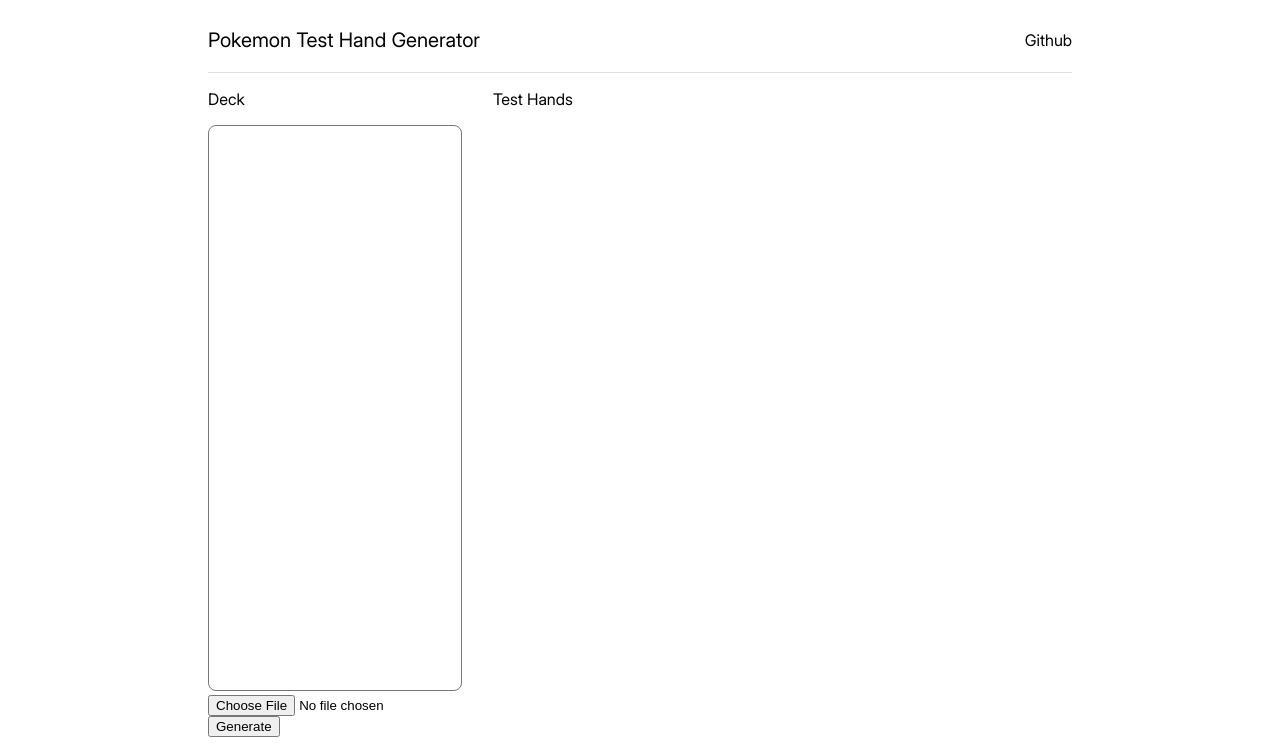
Repository: danielj1415/test-hand-simulator
Page: /
The author's editor kept a copy of each file at every save. The page is drawn from the files as they stood at one save, then again after the next save.
The browser window is 1280 px wide. The pictures show the whole page.
The project was rebuilt for these pictures with package versions that can differ from the ones it lists, and the page was loaded fresh each time. Also part of the build but not shown: vite.config.ts, src/index.css.

Above is the page before, as saved 2024-10-31 22:18:40.

### src/App.tsx
import { useState, useEffect } from 'react';
import './App.css';

function App() {
  const [deckList, setDeckList] = useState({
    deck: ''
  });
  const [selectedFile, setSelectedFile] = useState<File | null>(null);
  const [sampleHands, setSampleHands] = useState<string[][]>([]); // Holds multiple test hands
  const [showScrollTop, setShowScrollTop] = useState(false); // Controls the visibility of the scroll-to-top button

  const handleChange = (e: React.ChangeEvent<HTMLTextAreaElement>) => {
    const { name, value } = e.target;
    setDeckList((prevData) => ({
      ...prevData,
      [name]: value
    }));
  };

  const handleFileChange = (e: React.ChangeEvent<HTMLInputElement>) => {
    const file = e.target.files ? e.target.files[0] : null;
    setSelectedFile(file);

    if (file) {
      const reader = new FileReader();
      reader.onload = (event) => {
        const fileContent = event.target?.result as string;
        setDeckList((prevData) => ({
          ...prevData,
          deck: fileContent
        }));
      };
      reader.readAsText(file);
    }
  };

  const parseDeck = () => {
    return deckList.deck
      .split('\n')
      .filter(line => line.trim() !== '' && !/^(Pokémon:|Trainer:|Energy:|Total Cards:)/.test(line))
      .flatMap(line => {
        const match = line.match(/^(\d+)\s+(.+)$/);
        if (match) {
          const quantity = parseInt(match[1], 10);
          const cardName = match[2];
          return Array(quantity).fill(cardName);
        }
        return [line];
      });
  };

  const handleSubmit = (e: React.FormEvent) => {
    e.preventDefault();

    const cardArray = parseDeck();

    if (cardArray.length < 7) {
      alert("Deck must contain at least 7 cards to generate a hand.");
      return;
    }

    const shuffledDeck = cardArray.sort(() => 0.5 - Math.random());
    const hand = shuffledDeck.slice(0, 7);

    setSampleHands((prevHands) => [...prevHands, hand]);
  };

  // Show scroll-to-top button when user scrolls down
  useEffect(() => {
    const handleScroll = () => {
      setShowScrollTop(window.scrollY > 300); // Show button when scrolled 300px
    };

    window.addEventListener('scroll', handleScroll);
    return () => window.removeEventListener('scroll', handleScroll);
  }, []);

  // Function to scroll to top smoothly
  const scrollToTop = () => {
    window.scrollTo({
      top: 0,
      behavior: 'smooth'
    });
  };

  return (
    <div>
      <div className="mainContainer">
        <div className="navigationBar">
          <p className="headerTextBold">Pokemon Test Hand Generator</p>
          <p className="headerText">Github</p>
        </div>
        <div className="divider"/>
        <div className="mainBody">
          <div className="inputDeck">
            <p className="mainText">Deck</p>
            <form onSubmit={handleSubmit}>
              <div>
                <label htmlFor="deck"></label>
                <textarea
                  className="deckInputDiv"
                  id="deck"
                  name="deck"
                  value={deckList.deck}
                  onChange={handleChange}
                />
              </div>
              <div>
                <input
                  type="file"
                  onChange={handleFileChange}
                />
              </div>
              <button className="generateButton" type="submit">Generate</button>
            </form>
          </div>
          <div className="testHands">
          <p className="mainText">Test Hands</p>
            {sampleHands.map((hand, handIndex) => (
              <div key={handIndex} className="cardRow">
                {hand.map((card, index) => (
                  <div key={index} className="card">
                    {card}
                  </div>
                ))}
              </div>
            ))}
          </div>
        </div>
      </div>

      {/* Scroll-to-Top Button */}
      {showScrollTop && (
        <button className="scrollTopButton" onClick={scrollToTop}>
          ⬆️ {/* You can replace this with an SVG icon or another arrow style */}
        </button>
      )}
    </div>
  );
}

export default App;

### src/App.css

@import "./fonts.css";

.mainContainer{
  margin-left: 200px;
  margin-right: 200px;
}

.navigationBar{
  display: flex;
  align-items:center;
  justify-content: space-between;
}

.headerText{
  font-size: 16px;
  font-family: "Inter";
}

.mainText{
  font-size: 16px;
  font-family: "Inter";
}

.headerTextBold{
  font-size: 20px;
  font-family: "Inter";
}

.divider{
  width: 100%;
  height: 1px;
  background-color: rgb(224, 224, 224);
}

.mainBody{
  display: flex;
  justify-content: space-between;
}

.inputDeck{
  width: 33%;
  border-radius: 8px;
}

.testHands{
  width: 100%;
  border-radius: 8px;
  margin-left: 32px;
}

.deckInputDiv{
  width: 98%;
  height: 560px;
  resize: none;
  border-radius: 8px;
  font-family: "Inter";
}

.generateButton{

}

.cardRow {
  display: flex;
  gap: 16px; /* Adds space between each card */
  flex-wrap: wrap; /* Allows cards to wrap to the next line if needed */
  margin-bottom: 16px;
}

.card {
  background-color: #a9a9a9;
  border-radius: 8px;
  padding: 16px;
  width: 108px;
  text-align:start;
  box-shadow: 0 4px 6px rgba(0, 0, 0, 0.1);
  font-size: 16px;
  height: 184px;
  font-family: "Inter";
}

.scrollTopButton {
  position: fixed;
  bottom: 20px;
  right: 20px;
  background-color: #007bff;
  color: white;
  border: none;
  border-radius: 50%;
  padding: 12px;
  padding-left: 16px;
  padding-right: 16px;
  font-size: 24px;
  cursor: pointer;
  box-shadow: 0 4px 6px rgba(0, 0, 0, 0.1);
  transition: opacity 0.3s ease;
}

.scrollTopButton:hover {
  background-color: #0056b3;
}


@media ((max-height: 920px) and (min-height: 800px)) {
  .deckInputDiv{
    width: 98%;
    height: 660px;
    resize: none;
    border-radius: 8px;
    font-family: "Inter";
  }
}

### src/fonts.css
@font-face {
    font-family: "Inter";
    src: url("/src/assets/fonts/Inter_28pt-Regular.ttf");
  }

Loaded but not shown: index.html (common file); src/main.tsx (common file)

After the next save:
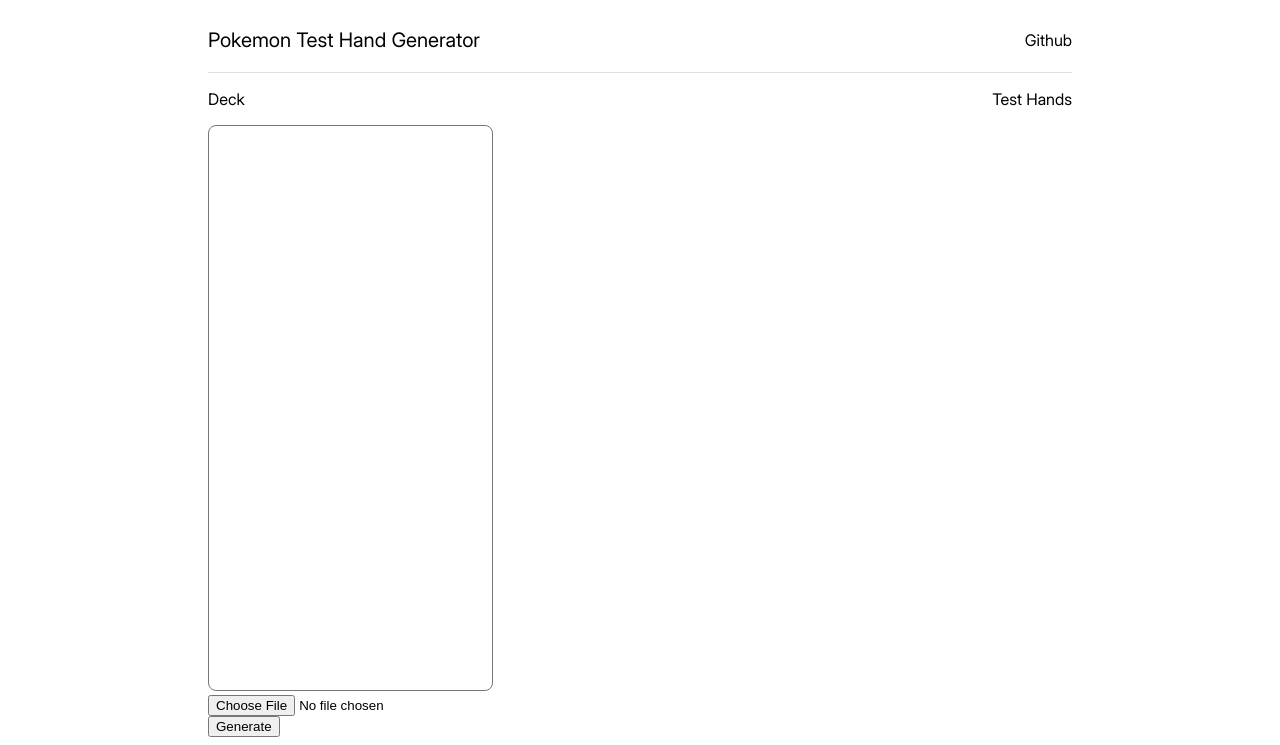
Saved 36 s later.
--- a/src/App.tsx
+++ b/src/App.tsx
@@ -114,7 +114,9 @@
               <button className="generateButton" type="submit">Generate</button>
             </form>
           </div>
-          <div className="testHands">
+          <div className = "topRow">
+            <div className="testHands">
+          </div>
           <p className="mainText">Test Hands</p>
             {sampleHands.map((hand, handIndex) => (
               <div key={handIndex} className="cardRow">

After the save that followed:
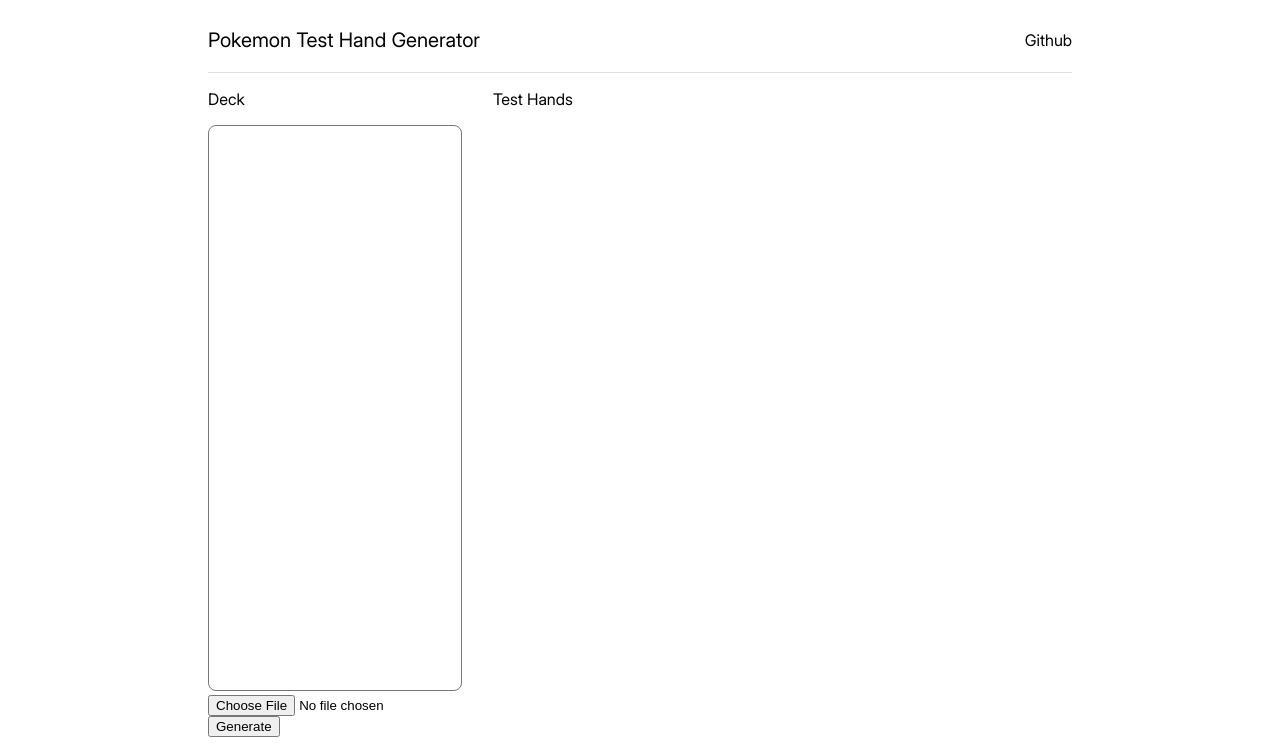
Saved 29 s later.
--- a/src/App.tsx
+++ b/src/App.tsx
@@ -115,8 +115,9 @@
             </form>
           </div>
           <div className = "topRow">
-            <div className="testHands">
+
           </div>
+          <div className="testHands">
           <p className="mainText">Test Hands</p>
             {sampleHands.map((hand, handIndex) => (
               <div key={handIndex} className="cardRow">
